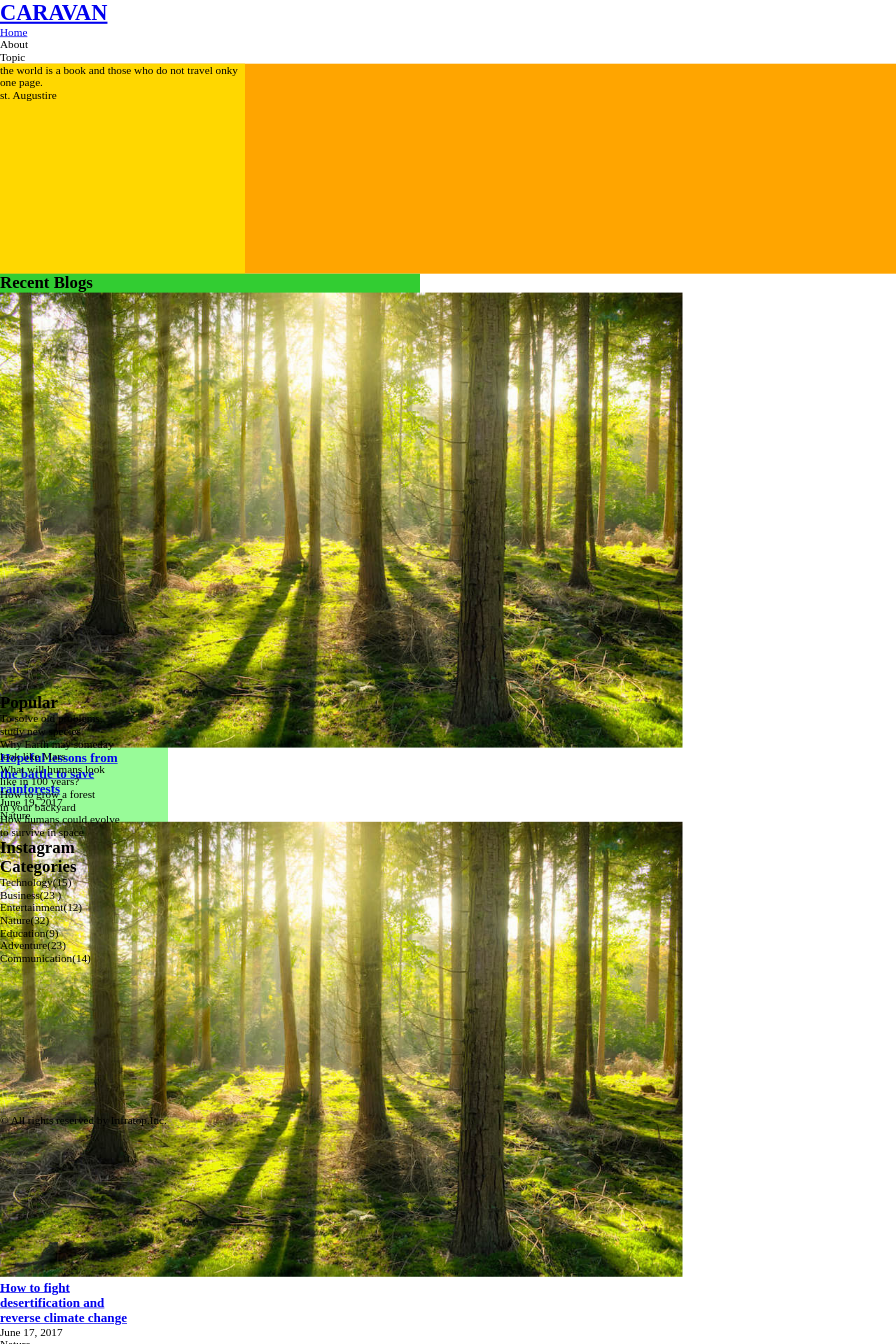
Repository: ishidaryu/ishidaryu
Page: caravan/index.html
The author's editor kept a record of every edit. The page is drawn from the files as they stood at one moment, then again after the next edit.
The browser window is 1280 px wide. The pictures show the part of the page from y = 0 to 1920 px (the page is 4258 px tall), at 70% of full size.

Above is the page before.

After the next edit:
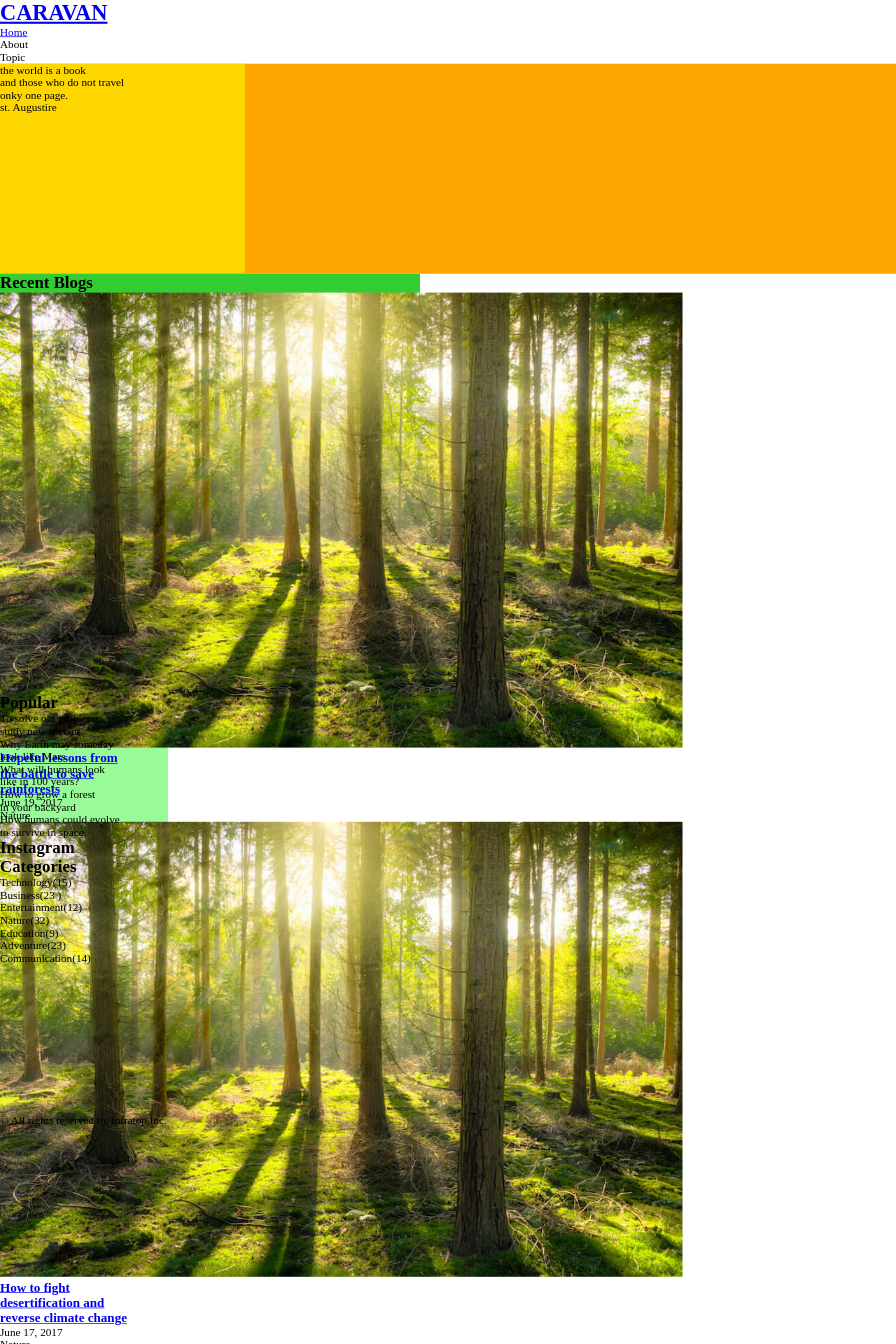
The edit:
--- a/caravan/index.html
+++ b/caravan/index.html
@@ -32,7 +32,9 @@
     <div class="main-visual">
         <div class="main-visual-content">
           <p class="main-visual-text">
-            the world is a book and those who do not travel onky one page.
+            the world is a book<br />
+            and those who do not travel<br />
+            onky one page.
           </p>
           <p class="main-visual-name">
             st. Augustire
